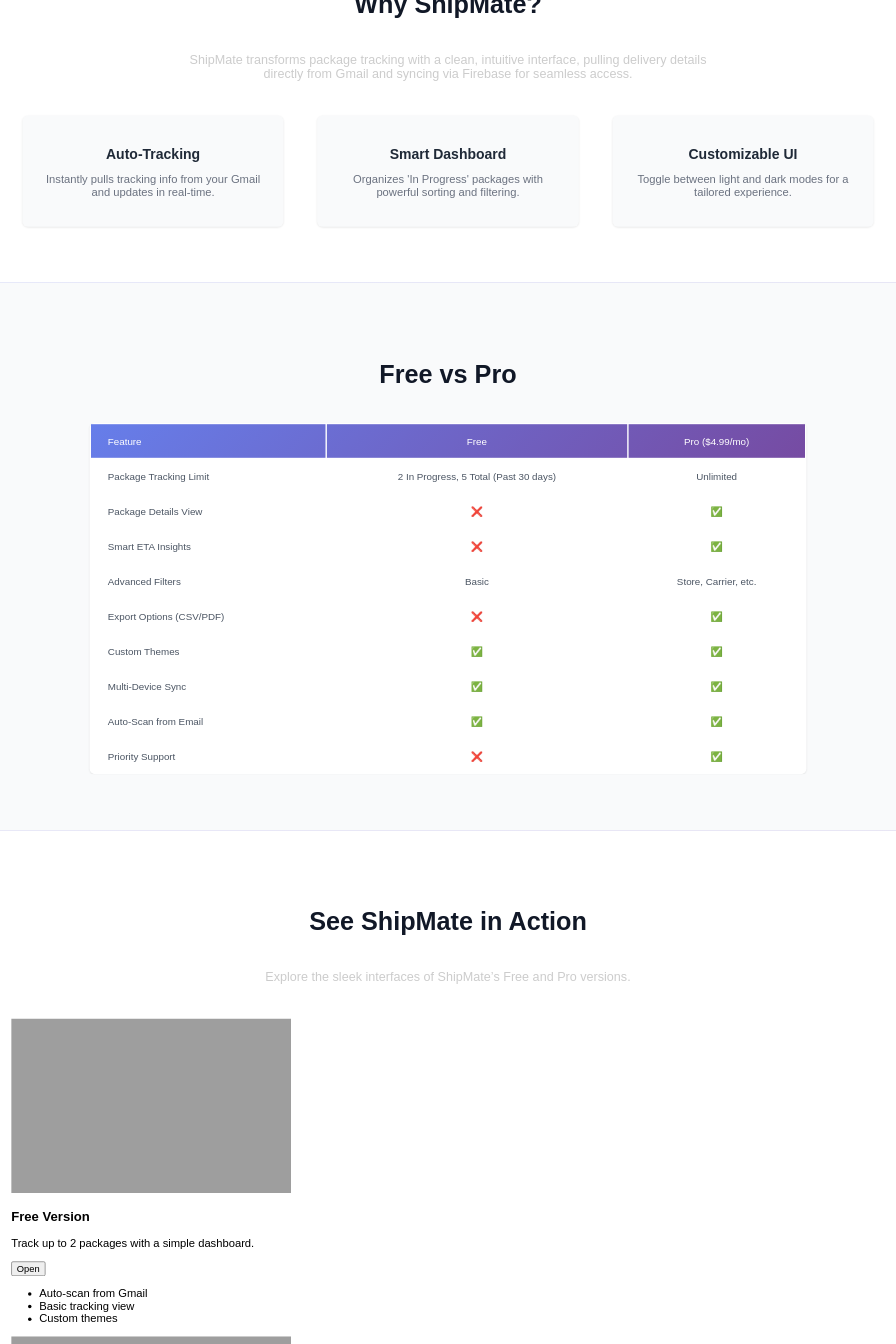
Repository: epeguero8311/shipmate-website
Page: index.html
An editor plug-in stored every save of this project. The page is shown before and after the next save, followed by the edit.
The browser window is 1280 px wide. The pictures show the part of the page from y = 520 to 2440 px (the page is 3564 px tall before and 3503 px after), at 70% of full size.
Pictures or frames that could not be fetched are drawn as grey boxes.

Above is the page before, as saved 2025-10-26 19:27:06.

### index.html
<!DOCTYPE html>
<html lang="en">
<head>
  <meta charset="UTF-8">
  <meta name="viewport" content="width=device-width, initial-scale=1.0">
  <title>ShipMate - Package Tracking Chrome Extension</title>
  <link rel="stylesheet" href="styles.css">
</head>
<body class="body">
  <header class="header">
    <div class="header-container">
      <div class="header-logo-title">
        <h1 class="header-title">ShipMate</h1>
        <img src="icon.png" alt="ShipMate Logo" class="header-logo">
      </div>
      <p class="header-subtitle">Track your packages effortlessly, straight from your Gmail inbox.</p>
      <a href="https://chromewebstore.google.com/detail/[your-extension-id]" class="btn btn-primary">Get ShipMate Free</a>
    </div>
  </header>
  <section class="section">
    <div class="section-container">
      <h2 class="section-title">Why ShipMate?</h2>
      <p class="section-subtitle">ShipMate transforms package tracking with a clean, intuitive interface, pulling delivery details directly from Gmail and syncing via Firebase for seamless access.</p>
      <div class="grid">
        <div class="card fade-in" style="animation-delay: 0.2s;">
          <h3 class="card-title">Auto-Tracking</h3>
          <p class="card-text">Instantly pulls tracking info from your Gmail and updates in real-time.</p>
        </div>
        <div class="card fade-in" style="animation-delay: 0.4s;">
          <h3 class="card-title">Smart Dashboard</h3>
          <p class="card-text">Organizes 'In Progress' packages with powerful sorting and filtering.</p>
        </div>
        <div class="card fade-in" style="animation-delay: 0.6s;">
          <h3 class="card-title">Customizable UI</h3>
          <p class="card-text">Toggle between light and dark modes for a tailored experience.</p>
        </div>
      </div>
    </div>
  </section>
  <section class="section-alt">
    <div class="section-container">
      <h2 class="section-title">Free vs Pro</h2>
      <div class="table-wrapper">
        <table class="table">
          <thead>
            <tr class="table-header">
              <th class="table-cell-left">Feature</th>
              <th class="table-cell">Free</th>
              <th class="table-cell">Pro ($4.99/mo)</th>
            </tr>
          </thead>
          <tbody class="table-body">
            <tr class="table-row">
              <td class="table-cell-left">Package Tracking Limit</td>
              <td class="table-cell">2 In Progress, 5 Total (Past 30 days)</td>
              <td class="table-cell">Unlimited</td>
            </tr>
            <tr class="table-row">
              <td class="table-cell-left">Package Details View</td>
              <td class="table-cell">❌</td>
              <td class="table-cell">✅</td>
            </tr>
            <tr class="table-row">
              <td class="table-cell-left">Smart ETA Insights</td>
              <td class="table-cell">❌</td>
              <td class="table-cell">✅</td>
            </tr>
            <tr class="table-row">
              <td class="table-cell-left">Advanced Filters</td>
              <td class="table-cell">Basic</td>
              <td class="table-cell">Store, Carrier, etc.</td>
            </tr>
            <tr class="table-row">
              <td class="table-cell-left">Export Options (CSV/PDF)</td>
              <td class="table-cell">❌</td>
              <td class="table-cell">✅</td>
            </tr>
            <tr class="table-row">
              <td class="table-cell-left">Custom Themes</td>
              <td class="table-cell">✅</td>
              <td class="table-cell">✅</td>
            </tr>
            <tr class="table-row">
              <td class="table-cell-left">Multi-Device Sync</td>
              <td class="table-cell">✅</td>
              <td class="table-cell">✅</td>
            </tr>
            <tr class="table-row">
              <td class="table-cell-left">Auto-Scan from Email</td>
              <td class="table-cell">✅</td>
              <td class="table-cell">✅</td>
            </tr>
            <tr>
              <td class="table-cell-left">Priority Support</td>
              <td class="table-cell">❌</td>
              <td class="table-cell">✅</td>
            </tr>
          </tbody>
        </table>
      </div>
    </div>
  </section>
  <!-- New Screenshots Section with Kepir-Style Containers -->
  <section class="section feature-section">
    <div class="section-container">
      <h2 class="section-title">See ShipMate in Action</h2>
      <p class="section-subtitle">Explore the sleek interfaces of ShipMate’s Free and Pro versions.</p>
      <div class="feature-grid">
        <div class="feature-container fade-in" style="animation-delay: 0.2s;">
          <img src="https://picsum.photos/400/250?random=1" alt="Free Version Dashboard" class="feature-img">
          <h3 class="feature-title">Free Version</h3>
          <p class="feature-subtitle">Track up to 2 packages with a simple dashboard.</p>
          <button class="feature-btn">Open</button>
          <ul class="feature-list">
            <li>Auto-scan from Gmail</li>
            <li>Basic tracking view</li>
            <li>Custom themes</li>
          </ul>
        </div>
        <div class="feature-container fade-in" style="animation-delay: 0.4s;">
          <img src="https://picsum.photos/400/250?random=2" alt="Pro Version Dashboard" class="feature-img">
          <h3 class="feature-title">Pro Version</h3>
          <p class="feature-subtitle">Unlimited tracking with advanced features.</p>
          <button class="feature-btn">Open</button>
          <ul class="feature-list">
            <li>Unlimited packages</li>
            <li>Smart ETA insights</li>
            <li>Advanced filters & export</li>
          </ul>
        </div>
      </div>
    </div>
  </section>
  <section class="cta">
    <div class="cta-container">
      <h2 class="section-title">Track Smarter with ShipMate</h2>
      <p class="section-subtitle">Install ShipMate now for effortless package tracking. Go Pro for unlimited features and real-time updates.</p>
      <div class="cta-buttons">
        <a href="https://chromewebstore.google.com/detail/[your-extension-id]" class="btn btn-primary">Get Free Version</a>
      </div>
    </div>
  </section>
  <footer class="footer">
    <div class="footer-container">
      <p>&copy; 2025 ShipMate. All rights reserved.</p>
      <p class="footer-link">Need help? Reach out to our <a href="mailto:support@shipmate.com" class="link">support team</a>.</p>
    </div>
  </footer>
</body>
</html>

### styles.css
html {
  scroll-behavior: smooth;
  -ms-overflow-style: none;
  scrollbar-width: none;
}

html::-webkit-scrollbar {
  display: none;
}

body {
  background: linear-gradient(135deg, #667eea 0%, #764ba2 100%);
  margin: 0;
  font-family: sans-serif;
  -webkit-font-smoothing: antialiased;
}

.header-container {
  max-width: 100%;
  padding: 0 1rem;
  text-align: center;
}

.header {
  background: linear-gradient(135deg, #667eea 0%, #764ba2 100%);
  color: white;
  padding: 4rem 0;
}

.header-logo-title {
  display: flex;
  align-items: center;
  justify-content: center;
  gap: 1rem;
}

.header-logo {
  width: 8%;
  height: 8%;
}

.header-title {
  font-size: 2.25rem;
  font-weight: 800;
  letter-spacing: -0.025em;
  animation: fadeIn 1s forwards;
}

@media (min-width: 768px) {
  .header-title {
    font-size: 3rem;
  }
}

.header-subtitle {
  margin-top: 1rem;
  font-size: 1.125rem;
  color: #DBEAFE;
  max-width: 32rem;
  margin-left: auto;
  margin-right: auto;
}

@media (min-width: 768px) {
  .header-subtitle {
    font-size: 1.25rem;
  }
}

.btn {
  display: inline-block;
  font-weight: 500;
  padding: 0.75rem 2rem;
  border-radius: 9999px;
  transition: all 0.3s ease;
}

.btn-primary {
  background-color: white;
  color: #2563EB;
  margin-top: 1.5rem;
}

.btn-primary:hover {
  transform: scale(1.05);
  background-color: #EFF6FF;
}

.section {
  padding: 5rem 0;
  background-color: white;
}

.section-alt {
  padding: 5rem 0;
  background-color: #F9FAFB;
}

.section-container {
  max-width: 100%;
  padding: 0 1rem;
}

.section-title {
  font-size: 1.875rem;
  font-weight: 700;
  color: #111827;
  text-align: center;
  margin-bottom: 3rem;
  animation: fadeIn 1s forwards;
}

@media (min-width: 768px) {
  .section-title {
    font-size: 2.25rem;
  }
}

.section-subtitle {
  text-align: center;
  color: #cccccc;
  margin-bottom: 3rem;
  max-width: 48rem;
  margin-left: auto;
  margin-right: auto;
  font-size: 1.125rem;
}

.grid {
  display: grid;
  gap: 3rem;
  padding: 0 1rem;
}

@media (min-width: 768px) {
  .grid {
    grid-template-columns: repeat(3, 1fr);
  }
}

@media (min-width: 1024px) {
  .grid-screenshots {
    grid-template-columns: repeat(4, 1fr);
  }
}

.card {
  text-align: center;
  padding: 1.5rem;
  background-color: #F9FAFB;
  border-radius: 0.5rem;
  box-shadow: 0 1px 3px rgba(0, 0, 0, 0.1);
  transition: transform 0.3s ease;
}

.card:hover {
  transform: scale(1.05);
}

.card-title {
  font-size: 1.25rem;
  font-weight: 600;
  color: #1F2937;
  margin-bottom: 0.75rem;
}

.card-text {
  color: #6B7280;
}

.screenshot-img {
  width: 100%;
  height: auto;
  border-radius: 0.5rem;
  margin-bottom: 1rem;
  border: 2px solid transparent;
  background: linear-gradient(135deg, #667eea 0%, #764ba2 100%);
  padding: 4px;
  box-sizing: border-box;
}

.table-wrapper {
  overflow-x: auto;
  padding: 0 1rem;
}

.table {
  width: 100%;
  max-width: 64rem;
  margin-left: auto;
  margin-right: auto;
  background-color: white;
  border-radius: 0.5rem;
  box-shadow: 0 1px 3px rgba(0, 0, 0, 0.1);
}

.table-header {
  background: linear-gradient(135deg, #667eea 0%, #764ba2 100%);
  color: white;
}

.table-cell {
  padding: 1rem 1.5rem;
  text-align: center;
  font-size: 0.875rem;
  font-weight: 500;
}

.table-cell-left {
  padding: 1rem 1.5rem;
  text-align: left;
  font-size: 0.875rem;
  font-weight: 500;
}

.table-body {
  color: #4B5563;
}

.table-row {
  border-bottom: 1px solid #E5E7EB;
}

.text-center {
  text-align: center;
}

.cta {
  padding: 5rem 0;
  background: linear-gradient(135deg, #667eea 0%, #764ba2 100%);
  color: white;
}

.cta-container {
  max-width: 100%;
  padding: 0 1rem;
  text-align: center;
}

.cta-buttons {
  display: flex;
  flex-direction: column;
  justify-content: center;
  gap: 1.5rem;
}

@media (min-width: 640px) {
  .cta-buttons {
    flex-direction: row;
  }
}

.btn-secondary {
  background-color: #FBBF24;
  color: #1E3A8A;
}

.btn-secondary:hover {
  transform: scale(1.05);
  background-color: #FCD34D;
}

.footer {
  padding: 2.5rem 0;
  background-color: #111827;
  color: #D1D5DB;
}

.footer-container {
  max-width: 100%;
  padding: 0 1rem;
  text-align: center;
}

.footer-link {
  margin-top: 0.5rem;
}

.link {
  text-decoration: underline;
  color: #D1D5DB;
}

.link:hover {
  color: white;
}

.fade-in {
  opacity: 0;
  animation: fadeIn 1s forwards;
}

@keyframes fadeIn {
  to { opacity: 1; }
}

After the next save:
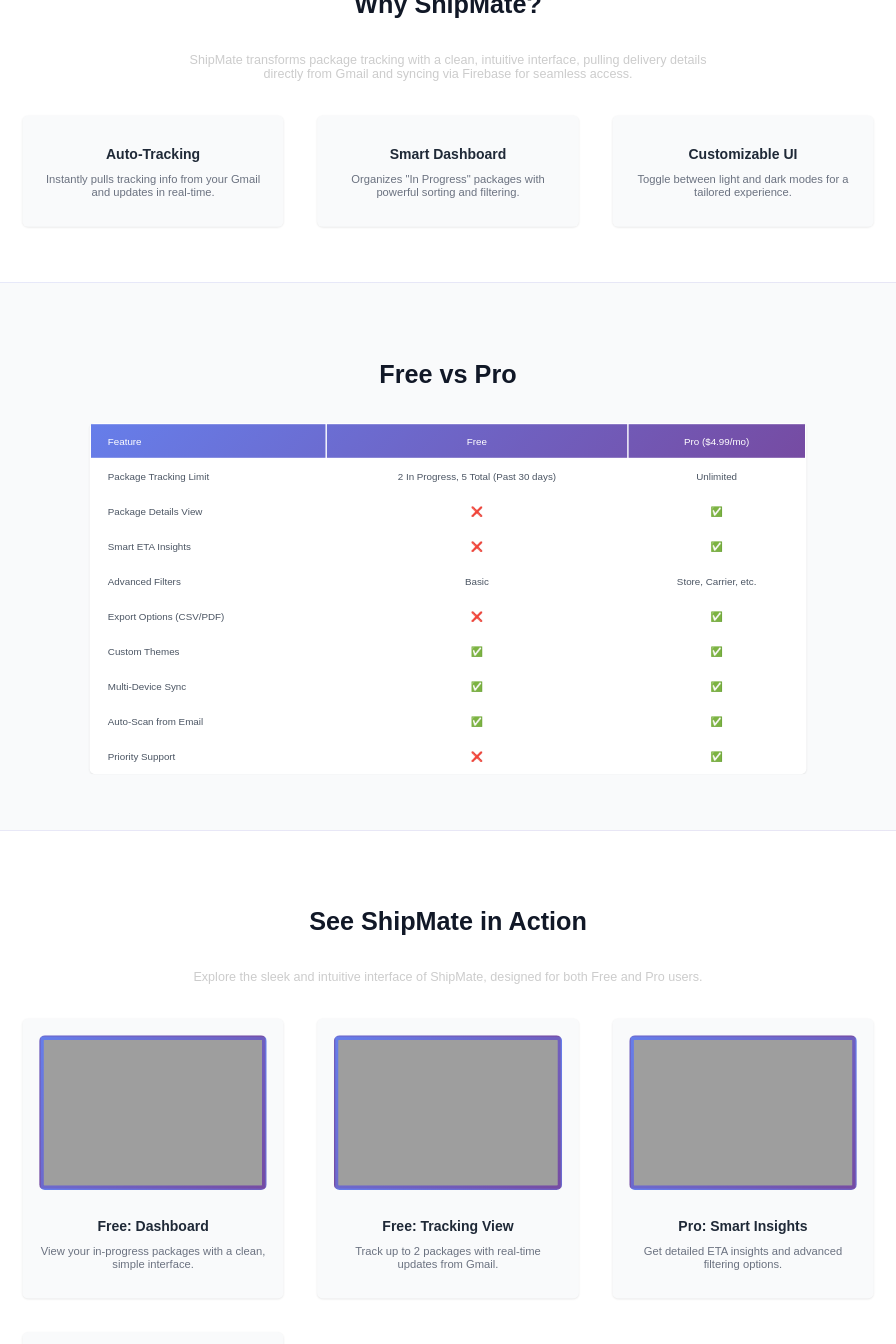
Saved 3 s later.
--- a/index.html
+++ b/index.html
@@ -28,7 +28,7 @@
         </div>
         <div class="card fade-in" style="animation-delay: 0.4s;">
           <h3 class="card-title">Smart Dashboard</h3>
-          <p class="card-text">Organizes 'In Progress' packages with powerful sorting and filtering.</p>
+          <p class="card-text">Organizes "In Progress" packages with powerful sorting and filtering.</p>
         </div>
         <div class="card fade-in" style="animation-delay: 0.6s;">
           <h3 class="card-title">Customizable UI</h3>
@@ -100,33 +100,31 @@
       </div>
     </div>
   </section>
-  <!-- New Screenshots Section with Kepir-Style Containers -->
-  <section class="section feature-section">
+  <!-- New Screenshots Section -->
+  <section class="section">
     <div class="section-container">
       <h2 class="section-title">See ShipMate in Action</h2>
-      <p class="section-subtitle">Explore the sleek interfaces of ShipMate’s Free and Pro versions.</p>
-      <div class="feature-grid">
-        <div class="feature-container fade-in" style="animation-delay: 0.2s;">
-          <img src="https://picsum.photos/400/250?random=1" alt="Free Version Dashboard" class="feature-img">
-          <h3 class="feature-title">Free Version</h3>
-          <p class="feature-subtitle">Track up to 2 packages with a simple dashboard.</p>
-          <button class="feature-btn">Open</button>
-          <ul class="feature-list">
-            <li>Auto-scan from Gmail</li>
-            <li>Basic tracking view</li>
-            <li>Custom themes</li>
-          </ul>
+      <p class="section-subtitle">Explore the sleek and intuitive interface of ShipMate, designed for both Free and Pro users.</p>
+      <div class="grid">
+        <div class="card fade-in" style="animation-delay: 0.2s;">
+          <img src="https://picsum.photos/300/200?random=1" alt="Free Version Dashboard" class="screenshot-img">
+          <h3 class="card-title">Free: Dashboard</h3>
+          <p class="card-text">View your in-progress packages with a clean, simple interface.</p>
         </div>
-        <div class="feature-container fade-in" style="animation-delay: 0.4s;">
-          <img src="https://picsum.photos/400/250?random=2" alt="Pro Version Dashboard" class="feature-img">
-          <h3 class="feature-title">Pro Version</h3>
-          <p class="feature-subtitle">Unlimited tracking with advanced features.</p>
-          <button class="feature-btn">Open</button>
-          <ul class="feature-list">
-            <li>Unlimited packages</li>
-            <li>Smart ETA insights</li>
-            <li>Advanced filters & export</li>
-          </ul>
+        <div class="card fade-in" style="animation-delay: 0.4s;">
+          <img src="https://picsum.photos/300/200?random=2" alt="Free Version Tracking" class="screenshot-img">
+          <h3 class="card-title">Free: Tracking View</h3>
+          <p class="card-text">Track up to 2 packages with real-time updates from Gmail.</p>
+        </div>
+        <div class="card fade-in" style="animation-delay: 0.6s;">
+          <img src="https://picsum.photos/300/200?random=3" alt="Pro Version Insights" class="screenshot-img">
+          <h3 class="card-title">Pro: Smart Insights</h3>
+          <p class="card-text">Get detailed ETA insights and advanced filtering options.</p>
+        </div>
+        <div class="card fade-in" style="animation-delay: 0.8s;">
+          <img src="https://picsum.photos/300/200?random=4" alt="Pro Version Themes" class="screenshot-img">
+          <h3 class="card-title">Pro: Custom Themes</h3>
+          <p class="card-text">Personalize your experience with light, dark, or custom themes.</p>
         </div>
       </div>
     </div>

After the save that followed:
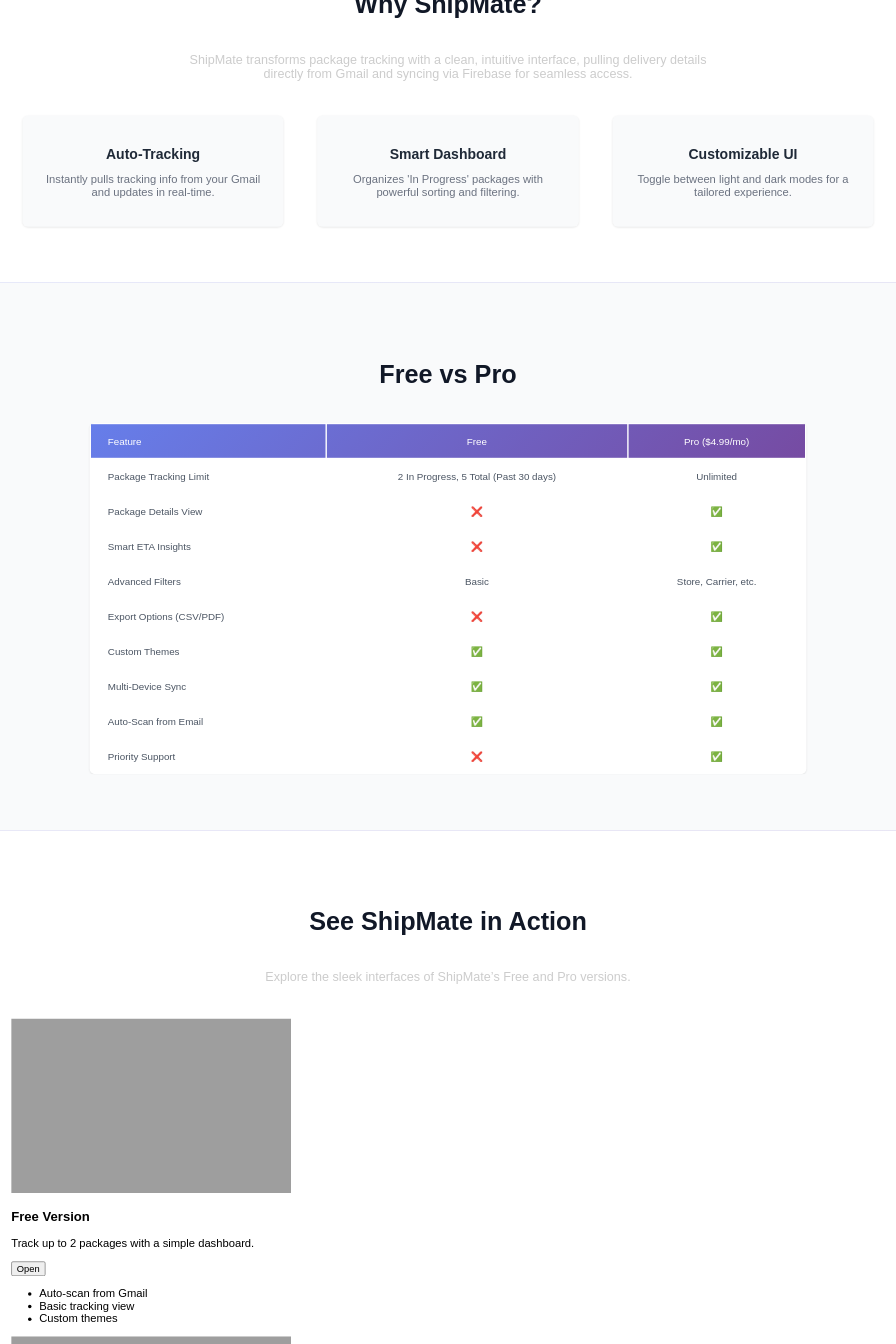
Saved 99 s later.
--- a/index.html
+++ b/index.html
@@ -28,7 +28,7 @@
         </div>
         <div class="card fade-in" style="animation-delay: 0.4s;">
           <h3 class="card-title">Smart Dashboard</h3>
-          <p class="card-text">Organizes "In Progress" packages with powerful sorting and filtering.</p>
+          <p class="card-text">Organizes 'In Progress' packages with powerful sorting and filtering.</p>
         </div>
         <div class="card fade-in" style="animation-delay: 0.6s;">
           <h3 class="card-title">Customizable UI</h3>
@@ -100,31 +100,33 @@
       </div>
     </div>
   </section>
-  <!-- New Screenshots Section -->
-  <section class="section">
+  <!-- New Screenshots Section with Kepir-Style Containers -->
+  <section class="section feature-section">
     <div class="section-container">
       <h2 class="section-title">See ShipMate in Action</h2>
-      <p class="section-subtitle">Explore the sleek and intuitive interface of ShipMate, designed for both Free and Pro users.</p>
-      <div class="grid">
-        <div class="card fade-in" style="animation-delay: 0.2s;">
-          <img src="https://picsum.photos/300/200?random=1" alt="Free Version Dashboard" class="screenshot-img">
-          <h3 class="card-title">Free: Dashboard</h3>
-          <p class="card-text">View your in-progress packages with a clean, simple interface.</p>
+      <p class="section-subtitle">Explore the sleek interfaces of ShipMate’s Free and Pro versions.</p>
+      <div class="feature-grid">
+        <div class="feature-container fade-in" style="animation-delay: 0.2s;">
+          <img src="https://picsum.photos/400/250?random=1" alt="Free Version Dashboard" class="feature-img">
+          <h3 class="feature-title">Free Version</h3>
+          <p class="feature-subtitle">Track up to 2 packages with a simple dashboard.</p>
+          <button class="feature-btn">Open</button>
+          <ul class="feature-list">
+            <li>Auto-scan from Gmail</li>
+            <li>Basic tracking view</li>
+            <li>Custom themes</li>
+          </ul>
         </div>
-        <div class="card fade-in" style="animation-delay: 0.4s;">
-          <img src="https://picsum.photos/300/200?random=2" alt="Free Version Tracking" class="screenshot-img">
-          <h3 class="card-title">Free: Tracking View</h3>
-          <p class="card-text">Track up to 2 packages with real-time updates from Gmail.</p>
-        </div>
-        <div class="card fade-in" style="animation-delay: 0.6s;">
-          <img src="https://picsum.photos/300/200?random=3" alt="Pro Version Insights" class="screenshot-img">
-          <h3 class="card-title">Pro: Smart Insights</h3>
-          <p class="card-text">Get detailed ETA insights and advanced filtering options.</p>
-        </div>
-        <div class="card fade-in" style="animation-delay: 0.8s;">
-          <img src="https://picsum.photos/300/200?random=4" alt="Pro Version Themes" class="screenshot-img">
-          <h3 class="card-title">Pro: Custom Themes</h3>
-          <p class="card-text">Personalize your experience with light, dark, or custom themes.</p>
+        <div class="feature-container fade-in" style="animation-delay: 0.4s;">
+          <img src="https://picsum.photos/400/250?random=2" alt="Pro Version Dashboard" class="feature-img">
+          <h3 class="feature-title">Pro Version</h3>
+          <p class="feature-subtitle">Unlimited tracking with advanced features.</p>
+          <button class="feature-btn">Open</button>
+          <ul class="feature-list">
+            <li>Unlimited packages</li>
+            <li>Smart ETA insights</li>
+            <li>Advanced filters & export</li>
+          </ul>
         </div>
       </div>
     </div>
